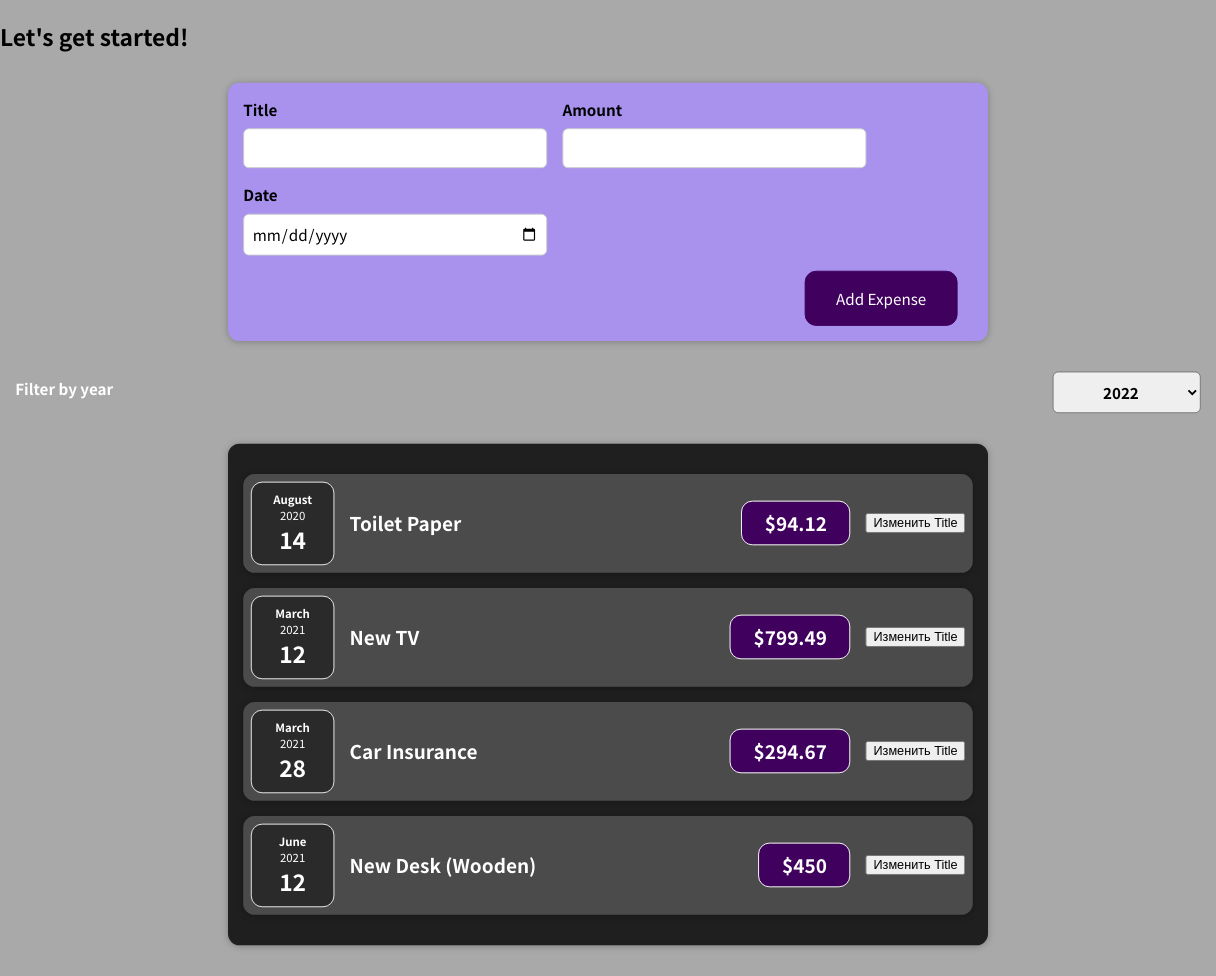
Repository: otvertka/MSC
Page: /
These files come from the project's save history. The page is drawn as it stood at one moment and after a run of saves; the edit follows.
The browser window is 1280 px wide. The pictures show the whole page, at 95% of full size.
The project was rebuilt for these pictures with package versions that can differ from the ones it lists, and the page was loaded fresh each time.

Above is the page before, as saved 2023-06-25 10:43:47.

After the next 4 saves:
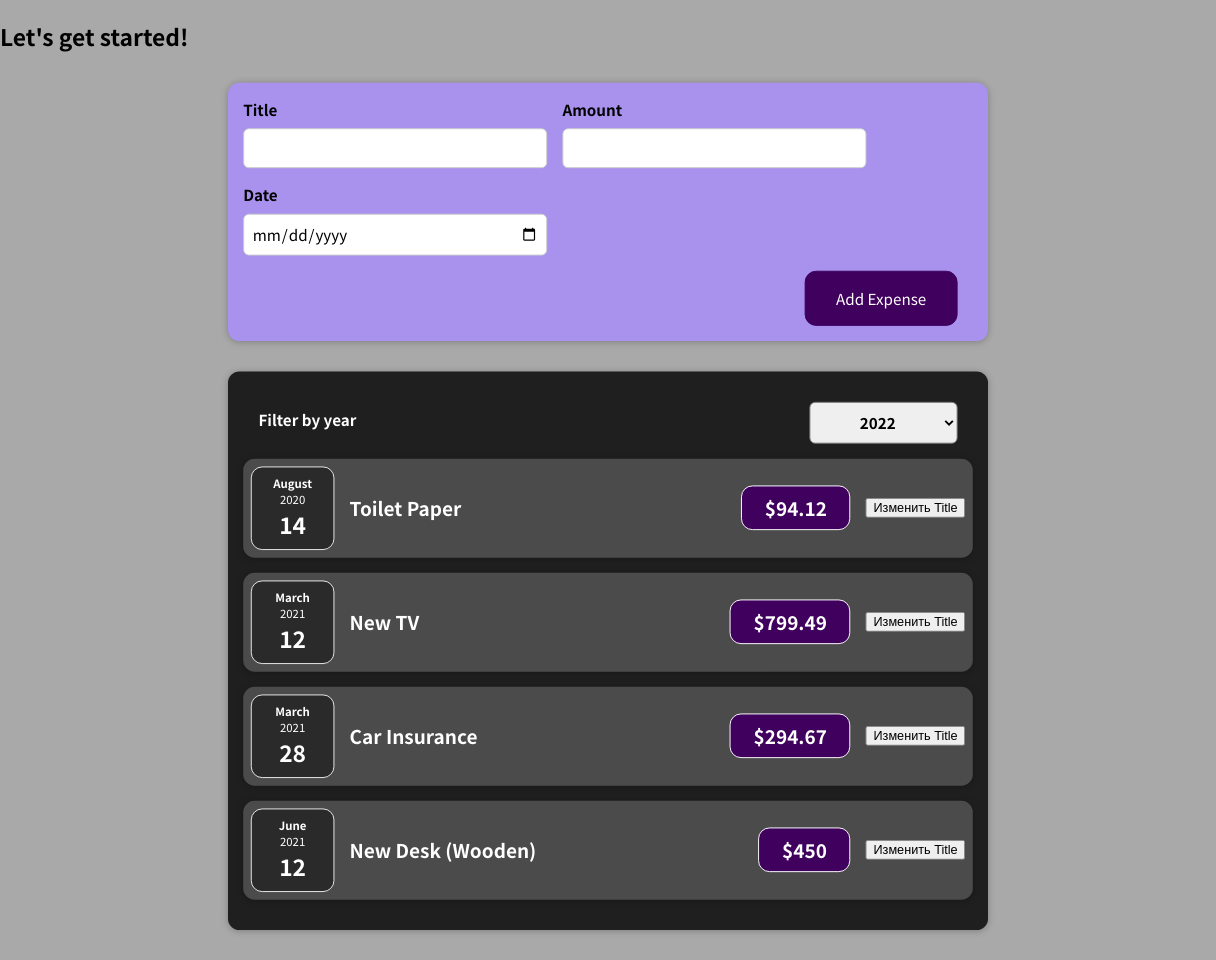
The 4 saves are shown as one change because 3 did not build or start.
The last was saved 19 min 44 s later.
--- a/src/components/Expenses/Expenses.js
+++ b/src/components/Expenses/Expenses.js
@@ -8,8 +8,8 @@ import ExpensesFilter from "./ExpensesFilter";
 const Expenses = (props) => {
   return (
     <div>
-      <ExpensesFilter />
       <Card className="expenses">
+        <ExpensesFilter />
         <ExpenseItem
           title={props.items[0].title}
           amount={props.items[0].amount}
--- a/src/components/Expenses/ExpensesFilter.js
+++ b/src/components/Expenses/ExpensesFilter.js
@@ -2,12 +2,22 @@ import React from "react";
 
 import "./ExpensesFilter.css";
 
+// const ExpensesFilter = (props) => {
+//     const chooseExpenseFilter = (choosingFilterData)=> {
+//         const choosingData = {
+//             choosingFilterData
+//         }
+//         props.onChooseFilter(choosingData)
+//     }
 const ExpensesFilter = () => {
+  const dropdownChangeHandler = (event) => {
+    console.log(event.target.value);
+  };
   return (
     <div className="expenses-filter">
       <div className="expenses-filter__control">
         <label>Filter by year</label>
-        <select>
+        <select onChange={dropdownChangeHandler}>
           <option value="2022">2022</option>
           <option value="2021">2021</option>
           <option value="2020">2020</option>
